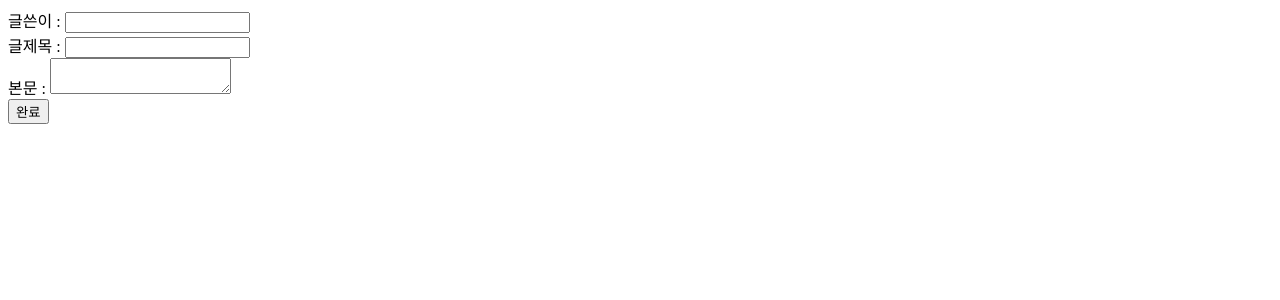
Repository: HeeMang28/jsp2
Page: http://localhost/MyFirstWeb/board/boardInsertForm.jsp
These files come from the project's save history. The page is drawn as it stood at one moment and after the next save; the edit follows.
The browser window is 1280 px wide. The pictures show the whole page.
The page is served by Tomcat 9.

Above is the page before, as saved 2022-04-19 10:22:30.

After the next save:
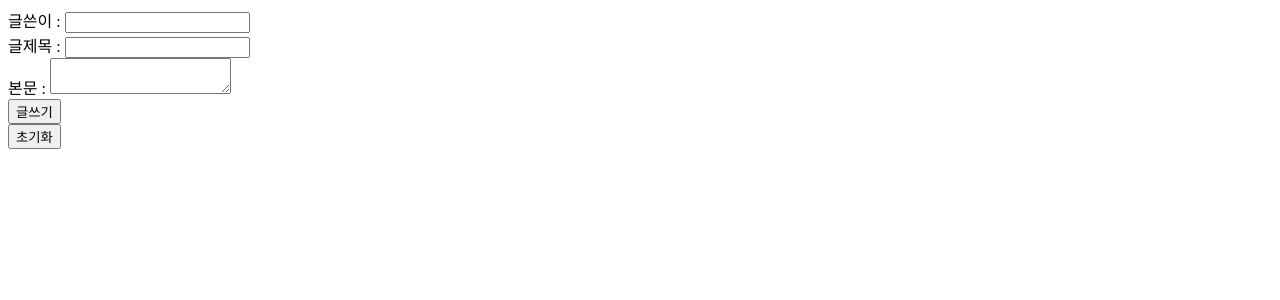
Saved 65 s later.
--- a/MyFirstWeb/src/main/webapp/board/boardInsertForm.jsp
+++ b/MyFirstWeb/src/main/webapp/board/boardInsertForm.jsp
@@ -11,7 +11,8 @@
 	글쓴이 : <input type="text" name="writer"/> <br/>
 	글제목 : <input type="text" name="title"/> <br/>
 	본문 : <textarea name="content"/></textarea> <br/>
-	<input type="submit" value="완료"/> <br/>
+	<input type="submit" value="글쓰기"/> <br/>
+	<input type="reset" value="초기화"><br/>
 	</form>
 </body>
 </html>
